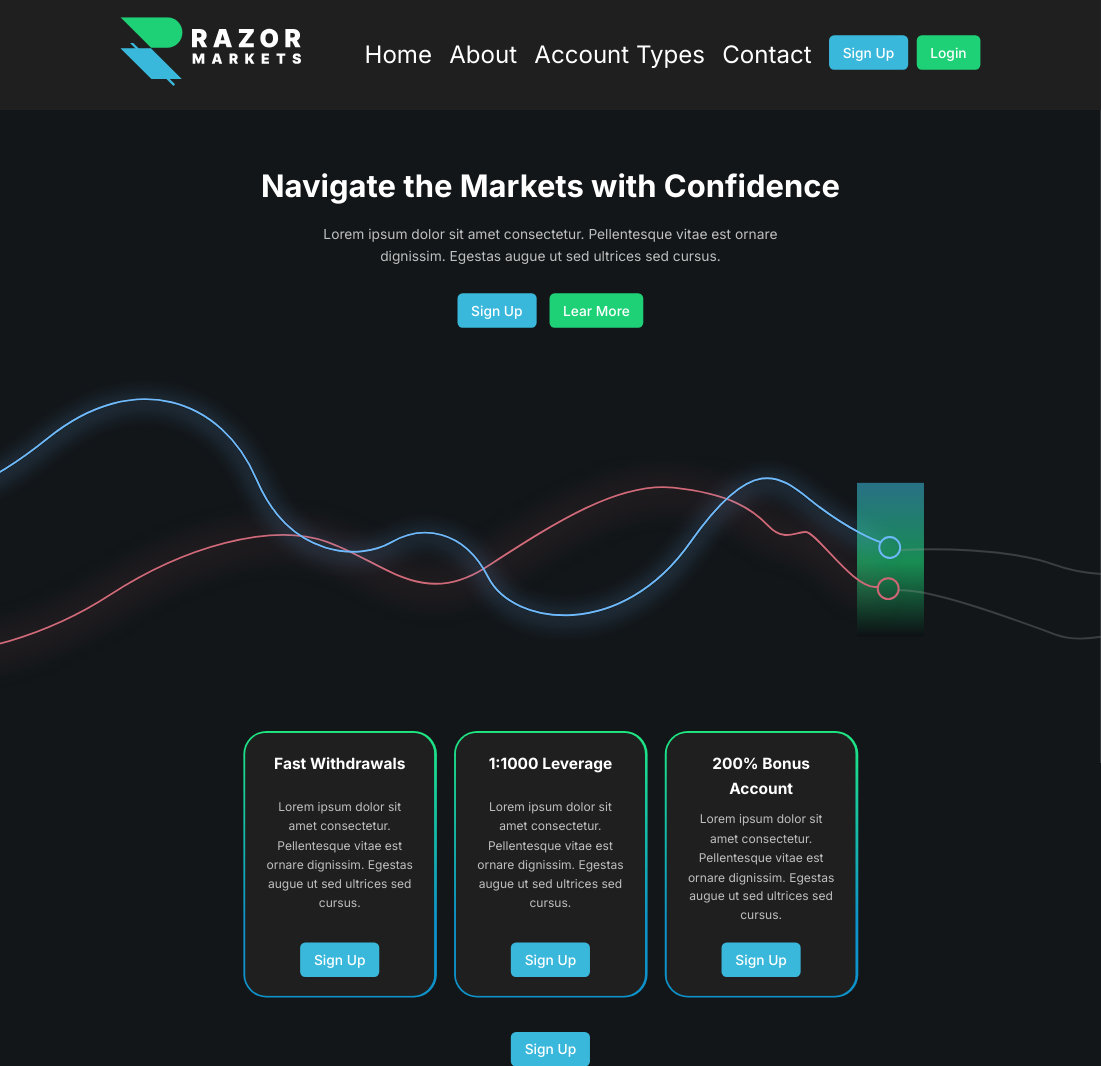
Repository: JasonMorta/razormarkets
Page: index.html
An editor plug-in stored every save of this project. The page is shown before and after the next save, followed by the edit.
The browser window is 1280 px wide. The pictures show the whole page, at 86% of full size.

Above is the page before, as saved 2024-11-07 13:09:30.

### index.html
<!DOCTYPE html>
<html lang="en">

<head>
  <meta charset="UTF-8">
  <meta name="viewport" content="width=device-width, initial-scale=1.0">
  <title>Razor Markets</title>
  <link rel="stylesheet" href="https://cdn.jsdelivr.net/npm/bulma@1.0.2/css/bulma.min.css">
  <link rel="stylesheet" href="styles/index.css">

</head>

<body>
  <header>
    <div class="header-content">
      <div class="logo">
        <img src="./assests/svg/logo.svg" alt="Razor Markets Logo"> <!-- Use your actual logo image here -->
      </div>
      <nav>
        <ul>
          <li><a href="#home">Home</a></li>
          <li><a href="#about">About</a></li>
          <li><a href="#account-types">Account Types</a></li>
          <li><a href="#contact">Contact</a></li>
        </ul>
        <div class="auth-buttons">


          <a href="#signup"> <button class="button is-info signup" class="button">Sign Up</button></a>
          <a href="#login"><button class="button is-success login">Login</button></a>
        </div>
      </nav>
    </div>
  </header>

  <main>
    <section class="hero">
      <h1>Navigate the Markets with Confidence</h1>
      <p>Lorem ipsum dolor sit amet consectetur. Pellentesque vitae est ornare dignissim. Egestas augue ut sed ultrices
        sed cursus.</p>
      <div class="cta-buttons">
        <a href="#signup"> <button class="button is-info signup" class="button">Sign Up</button></a>
          <a href="#login"><button class="button is-success login">Lear More</button></a>
      </div>
    </section>
    <div class="wave-svg">
     <img src="./assests/svg/line_wave.svg" alt="Wave SVG">
    </div>

    <section>
     <div class="features">
      <div class="card-bg">
          <div class="feature-card">
            <h3>Fast Withdrawals</h3>
            <p>Lorem ipsum dolor sit amet consectetur. Pellentesque vitae est ornare dignissim. Egestas augue ut sed
              ultrices sed cursus.</p>
              <a href="#signup"> <button class="button is-info signup" class="button">Sign Up</button></a>
          </div>
          </div>

       <div class="card-bg">
          <div class="feature-card">
            <h3>1:1000 Leverage</h3>
            <p>Lorem ipsum dolor sit amet consectetur. Pellentesque vitae est ornare dignissim. Egestas augue ut sed
              ultrices sed cursus.</p>
              <a href="#signup"> <button class="button is-success signup" class="button">Sign Up</button></a>
          </div>
       </div>
        <div class="card-bg">
          <div class="feature-card">
            <h3>200% Bonus Account</h3>
            <p>Lorem ipsum dolor sit amet consectetur. Pellentesque vitae est ornare dignissim. Egestas augue ut sed
              ultrices sed cursus.</p>
              <a href="#signup"> <button class="button is-info signup" class="button">Sign Up</button></a>
          </div>
        </div>
     </div>
    </section>

    <section>
      <div class="hero-image-container">
        <div class="text-content">
          <h1></h1>
          <a href="#signup"> <button class="button is-info signup" class="button">Sign Up</button></a>
        </div>

      </div>
    </section>

  </main>
</body>

</html>

### styles/index.css
@import "https://cdn.jsdelivr.net/npm/bulma@1.0.2/css/bulma.min.css";

@import url('https://fonts.googleapis.com/css2?family=Inter:ital,opsz,wght@0,14..32,100..900;1,14..32,100..900&display=swap');

/* Reset some basic styles */
* {
  margin: 0;
  padding: 0;
  box-sizing: border-box;
}

body {

  background-color: #121619; /* Dark background */
  color: #FFFFFF; /* Light text */
  line-height: 1.6;
}

.header-content {
  max-width: 1000px;
  display: flex;
  justify-content: space-between;
  margin: auto;
  width: 100%;
}

header {
  display: flex;
  justify-content: space-between;
  align-items: center;
  padding: 20px 40px;
  background-color: #1f1f1f; /* Header background */
}

.logo img {
  height: 80px;
}

nav {
  display: flex;
  justify-content: flex-end;
  align-items: center;
  gap: 20px;
}

nav ul {
  display: flex;
  gap: 20px;
  list-style: none;
}



nav a {
  color: #FFFFFF;
  text-decoration: none;
  font-family: "Inter", sans-serif;
  font-weight: 400;
  font-size: 28px;
}

nav li a:hover {
  color: #00d1ff; /* Light blue on hover */
}

section {
  max-width: 1440px;
  margin: auto;
  display: flex;
  flex-direction: column;
  align-items: center;

}

.auth-buttons {
  display: flex;
  gap: 10px;
}

.auth-buttons .btn {
  padding: 10px 20px;
  border-radius: 5px;
  text-decoration: none;
  font-weight: 600;
  font-size: 14px;
  width: 100px;
  height: 40px;
  text-align: center  ;
}

.signup {
  background: #3AB8DB;

  color: #FFFFFF;
}

.login {
  color: #FFFFFF;
  background: #1FD176;
}

.wave-svg img {
  width: 100%;
}

/* Hero Section */
.hero {
  text-align: center;
  padding: 60px 20px;
}

.hero h1 {
  font-size: 36px;
  font-weight: bold;
  margin-bottom: 15px;
}

.hero {
  /* border: 2px solid; */
  /* border-image-source: linear-gradient(180deg, #1EE981 0%, #0E92CA 71.61%); */
  border-image-slice: 1;
}

/*
border: 2px solid;

border-image-source: linear-gradient(180deg, #1EE981 0%, #0E92CA 71.61%);


*/

.hero p {
  font-size: 16px;
  max-width: 600px;
  margin: 0 auto 30px;
  color: #BFBFBF; /* Light gray for text */
}

.cta-buttons {
  display: flex;
  justify-content: center;
  gap: 15px;
}

.cta-buttons .btn {
  padding: 12px 25px;
  border-radius: 8px;
  text-decoration: none;
  font-weight: 600;
  font-size: 16px;
}

.primary {
  background-color: #00d1ff;
  color: #FFFFFF;
}

.secondary {
  background-color: #00FF8C;
  color: #FFFFFF;
}


/* Features Section */
.features {
  display: flex;
  justify-content: center;
  gap: 20px;
  padding: 40px 20px;
  background-color: #121619; /* Matches the dark background */
}

.card-bg {
  width: 225px;
  display: flex;
  border-radius: 27px;
  background: linear-gradient(180deg, #1EE981 0%, #0E92CA 71.61%);
  flex-direction: column;
  align-items: center;
  padding: 2px;
  justify-content: center;

}


.feature-card {
  background: #1f1f1f; /* Dark card background */
  border: 2px solid transparent;
  border-radius: 25px;
  padding: 20px;
  text-align: center;
  width: 220px;
  height: 100%;
  transition: border 0.3s ease;
  display: flex;
  flex-direction: column;
  justify-content: space-between;
}



.feature-card:hover {
  border-color: #00d1ff; /* Highlight color on hover */
}

.feature-card h3 {
  font-size: 18px;
  font-weight: bold;
  color: #FFFFFF;
  margin-bottom: 10px;
}

.feature-card p {
  font-size: 14px;
  color: #BFBFBF; /* Light gray text */
  margin-bottom: 20px;
}

.feature-card .btn {
  display: inline-block;
  padding: 10px 20px;
  border-radius: 6px;
  text-decoration: none;
  font-weight: 600;
  font-size: 14px;
  background-color: #00d1ff; /* Light blue */
  color: #FFFFFF;
  transition: background-color 0.3s ease;
}

.feature-card .btn:hover {
  background-color: #00FF8C; /* Green on hover */
}

### assests/svg/logo.svg
<svg width="236" height="90" viewBox="0 0 236 90" fill="none" xmlns="http://www.w3.org/2000/svg">
<path d="M93.5605 39.4151V15.5405H103.867C105.642 15.5405 107.189 15.8643 108.52 16.5058C109.851 17.1534 110.882 18.0767 111.619 19.2938C112.357 20.5049 112.729 21.9618 112.729 23.6526C112.729 25.3434 112.351 26.8063 111.589 27.9755C110.828 29.1446 109.773 30.032 108.406 30.6315C107.039 31.2311 105.45 31.5309 103.633 31.5309H97.4757V26.4945H102.326C103.088 26.4945 103.741 26.3986 104.281 26.2068C104.82 26.0149 105.234 25.7091 105.528 25.2894C105.822 24.8697 105.966 24.3241 105.966 23.6466C105.966 22.9691 105.822 22.4055 105.528 21.9738C105.234 21.5422 104.82 21.2244 104.281 21.0205C103.741 20.8167 103.088 20.7148 102.326 20.7148H100.042V39.4151H93.5605ZM107.548 28.4551L113.52 39.4151H106.481L100.653 28.4551H107.554H107.548Z" fill="white"/>
<path d="M128.239 39.4151H121.242L129.12 15.5405H137.982L145.86 39.4151H138.863L133.641 22.1177H133.455L128.233 39.4151H128.239ZM126.932 29.996H140.08V34.8465H126.932V29.996Z" fill="white"/>
<path d="M154.805 39.4151V35.8237L166.088 20.7627H154.853V15.5405H174.344V19.1319L163.061 34.1929H174.296V39.4151H154.805Z" fill="white"/>
<path d="M206.092 27.4779C206.092 30.1339 205.577 32.3763 204.539 34.199C203.508 36.0216 202.111 37.4006 200.354 38.3359C198.598 39.2713 196.637 39.7389 194.479 39.7389C192.32 39.7389 190.336 39.2653 188.585 38.324C186.834 37.3826 185.443 35.9977 184.412 34.175C183.381 32.3523 182.865 30.1219 182.865 27.4779C182.865 24.8338 183.381 22.5794 184.412 20.7568C185.443 18.9341 186.834 17.5551 188.585 16.6198C190.336 15.6845 192.302 15.2168 194.479 15.2168C196.655 15.2168 198.598 15.6845 200.354 16.6198C202.111 17.5551 203.508 18.9341 204.539 20.7568C205.571 22.5794 206.092 24.8218 206.092 27.4779ZM199.425 27.4779C199.425 26.0509 199.239 24.8398 198.862 23.8565C198.484 22.8732 197.932 22.1298 197.195 21.6201C196.463 21.1105 195.558 20.8587 194.485 20.8587C193.412 20.8587 192.506 21.1105 191.775 21.6201C191.043 22.1298 190.486 22.8732 190.108 23.8565C189.73 24.8398 189.544 26.0449 189.544 27.4779C189.544 28.9108 189.73 30.1159 190.108 31.0992C190.486 32.0825 191.043 32.826 191.775 33.3356C192.506 33.8452 193.412 34.097 194.485 34.097C195.558 34.097 196.457 33.8452 197.195 33.3356C197.932 32.826 198.484 32.0825 198.862 31.0992C199.239 30.1159 199.425 28.9108 199.425 27.4779Z" fill="white"/>
<path d="M215.639 39.4151V15.5405H225.945C227.72 15.5405 229.267 15.8643 230.598 16.5058C231.929 17.1534 232.96 18.0767 233.698 19.2938C234.435 20.5049 234.807 21.9618 234.807 23.6526C234.807 25.3434 234.429 26.8063 233.668 27.9755C232.906 29.1446 231.851 30.032 230.484 30.6315C229.123 31.2311 227.528 31.5309 225.711 31.5309H219.554V26.4945H224.404C225.166 26.4945 225.819 26.3986 226.359 26.2068C226.898 26.0149 227.312 25.7091 227.606 25.2894C227.9 24.8697 228.044 24.3241 228.044 23.6466C228.044 22.9691 227.9 22.4055 227.606 21.9738C227.312 21.5422 226.898 21.2244 226.359 21.0205C225.819 20.8167 225.166 20.7148 224.404 20.7148H222.12V39.4151H215.639ZM229.626 28.4551L235.598 39.4151H228.559L222.731 28.4551H229.632H229.626Z" fill="white"/>
<path d="M94.4121 47.5693H98.8789L101.955 55.0579H102.11L105.186 47.5693H109.653V60.7957H106.14V53.1513H106.038L103.094 60.6938H100.977L98.0335 53.0973H97.9315V60.7957H94.4181V47.5693H94.4121Z" fill="white"/>
<path d="M123.209 60.7957H119.336L123.701 47.5693H128.611L132.976 60.7957H129.103L126.207 51.2147H126.105L123.209 60.7957ZM122.49 55.5795H129.774V58.2655H122.49V55.5795Z" fill="white"/>
<path d="M142.658 60.7957V47.5693H148.366C149.349 47.5693 150.207 47.7492 150.944 48.103C151.682 48.4627 152.251 48.9723 152.665 49.6438C153.073 50.3153 153.276 51.1188 153.276 52.0601C153.276 53.0014 153.067 53.8048 152.647 54.4583C152.227 55.1058 151.64 55.5975 150.884 55.9332C150.129 56.263 149.247 56.4309 148.24 56.4309H144.829V53.6429H147.515C147.934 53.6429 148.294 53.589 148.594 53.487C148.894 53.3791 149.121 53.2112 149.283 52.9774C149.445 52.7436 149.523 52.4438 149.523 52.0661C149.523 51.6883 149.445 51.3766 149.283 51.1427C149.121 50.9029 148.894 50.729 148.594 50.6151C148.294 50.5012 147.934 50.4412 147.515 50.4412H146.25V60.8017H142.658V60.7957ZM150.405 54.7281L153.708 60.7957H149.805L146.579 54.7281H150.405Z" fill="white"/>
<path d="M163.217 60.7957V47.5693H166.808V52.9174H166.988L170.963 47.5693H175.148L170.681 53.457L175.25 60.7897H170.963L167.995 55.8313L166.808 57.3782V60.7897H163.217V60.7957Z" fill="white"/>
<path d="M184.627 60.7957V47.5693H194.16V50.4652H188.218V52.7376H193.668V55.6335H188.218V57.9058H194.136V60.8017H184.633L184.627 60.7957Z" fill="white"/>
<path d="M204 50.4652V47.5693H215.494V50.4652H211.519V60.7957H207.981V50.4652H204.006H204Z" fill="white"/>
<path d="M232.383 51.7064C232.347 51.2747 232.191 50.9389 231.903 50.6991C231.615 50.4593 231.183 50.3394 230.602 50.3394C230.23 50.3394 229.93 50.3813 229.696 50.4713C229.463 50.5612 229.289 50.6811 229.175 50.831C229.061 50.9809 229.007 51.1548 229.001 51.3466C228.995 51.5085 229.019 51.6464 229.091 51.7783C229.163 51.9102 229.265 52.0182 229.409 52.1201C229.553 52.222 229.744 52.3119 229.972 52.3959C230.2 52.4798 230.47 52.5518 230.788 52.6177L231.873 52.8515C232.604 53.0074 233.234 53.2113 233.75 53.4631C234.271 53.7149 234.697 54.0147 235.027 54.3565C235.356 54.6982 235.602 55.0819 235.758 55.5076C235.914 55.9333 235.998 56.401 235.998 56.9046C235.998 57.774 235.776 58.5114 235.344 59.111C234.913 59.7105 234.301 60.1722 233.504 60.484C232.706 60.7958 231.747 60.9576 230.626 60.9576C229.505 60.9576 228.473 60.7898 227.622 60.448C226.765 60.1063 226.105 59.5846 225.631 58.8772C225.158 58.1697 224.924 57.2643 224.918 56.1551H228.329C228.353 56.5628 228.455 56.8986 228.635 57.1744C228.815 57.4502 229.073 57.66 229.403 57.7979C229.732 57.9418 230.122 58.0138 230.578 58.0138C230.962 58.0138 231.279 57.9658 231.543 57.8699C231.801 57.774 231.999 57.6421 232.131 57.4742C232.263 57.3063 232.335 57.1144 232.335 56.8986C232.335 56.6947 232.263 56.5209 232.137 56.365C232.011 56.2091 231.801 56.0772 231.513 55.9513C231.225 55.8314 230.836 55.7115 230.344 55.6035L229.025 55.3217C227.856 55.0699 226.932 54.6442 226.261 54.0447C225.589 53.4451 225.254 52.6357 225.26 51.5985C225.26 50.7591 225.482 50.0216 225.931 49.3921C226.381 48.7625 227.016 48.2709 227.826 47.9171C228.635 47.5634 229.559 47.3895 230.608 47.3895C231.657 47.3895 232.598 47.5694 233.378 47.9231C234.157 48.2829 234.757 48.7805 235.182 49.428C235.608 50.0756 235.818 50.831 235.824 51.7004H232.389L232.383 51.7064Z" fill="white"/>
<path d="M69.772 87.866L69.3523 88.2917L36.1425 55.4176L35.8727 55.1478L35.5369 54.8181L35.2731 54.5543L16.0392 35.5181L15.4336 34.9186H16.285L16.8905 35.5181L35.2731 53.7149L35.8727 54.3084L36.3883 54.8181L36.9939 55.4176L69.772 87.866Z" fill="#3AB9DC"/>
<path d="M69.3641 89.9885L12.5195 33.7195H16.7764L71.4686 87.854L69.3641 89.9885Z" fill="#3AB9DC"/>
<path d="M80.2575 80.6893H40.5185L0 40.5845V40.4706H19.9355H39.8709L40.5724 41.1721L41.172 41.7656L80.2575 80.6893Z" fill="#3AB8DB"/>
<path d="M81.0431 19.9355C81.0431 30.9315 72.0976 39.8709 61.1077 39.8709H40.117L0.078125 0H61.1077C72.0976 0 81.0431 8.94548 81.0431 19.9355Z" fill="#1FD176"/>
</svg>

### assests/svg/line_wave.svg
<svg width="1440" height="406" viewBox="0 0 1440 406" fill="none" xmlns="http://www.w3.org/2000/svg">
<rect opacity="0.56" x="1121.12" y="135.471" width="87.5769" height="201.029" fill="url(#paint0_linear_168_234)"/>
<circle cx="1163.91" cy="220.063" r="13.6779" stroke="#6FBAFC" stroke-width="2.5"/>
<circle cx="1161.92" cy="273.803" r="13.6779" stroke="#D06776" stroke-width="2.5"/>
<path d="M1177.01 223.5C1218.14 221.178 1319.36 220.532 1379.87 242.824C1440.37 265.117 1523.17 252.113 1557.01 242.824" stroke="#9C9C9C" stroke-opacity="0.3" stroke-width="2.5"/>
<path d="M1175.51 276C1216.64 273.678 1319.36 311.222 1379.87 333.514C1440.37 355.807 1523.17 305.853 1557.01 296.565" stroke="#9C9C9C" stroke-opacity="0.3" stroke-width="2.5"/>
<g filter="url(#filter0_d_168_234)">
<path d="M-50.9902 356C-47.0494 356 47.5295 344.723 144.079 281.894C240.628 219.064 354.911 186.844 427.816 212.62C500.72 238.396 551.951 299.615 634.707 246.451C717.464 193.288 806.131 133.681 881.006 141.736C955.881 149.791 985.437 170.734 1005.14 191.677C1024.85 212.62 1040.61 199.732 1054.4 199.732C1068.19 199.732 1117.95 276.333 1147.51 271.5" stroke="#D06978" stroke-width="2.5"/>
</g>
<g filter="url(#filter1_d_168_234)">
<path d="M-97 151.313C-81.2901 156.829 -27.33 149.658 62.8311 76.8383C175.533 -14.1858 290.283 25.1201 335.364 130.625C380.444 236.131 472.655 236.131 511.588 213.375C550.521 190.619 605.847 194.756 638.633 258.887C671.419 323.017 812.808 341.636 902.969 213.375C993.13 85.1134 1025.92 132.694 1073.05 167.863C1110.75 195.997 1142.03 209.927 1152.96 213.375" stroke="#6FBAFC" stroke-width="2.5"/>
</g>
<defs>
<filter id="filter0_d_168_234" x="-94.9902" y="99.75" width="1286.7" height="305.5" filterUnits="userSpaceOnUse" color-interpolation-filters="sRGB">
<feFlood flood-opacity="0" result="BackgroundImageFix"/>
<feColorMatrix in="SourceAlpha" type="matrix" values="0 0 0 0 0 0 0 0 0 0 0 0 0 0 0 0 0 0 127 0" result="hardAlpha"/>
<feOffset dy="4"/>
<feGaussianBlur stdDeviation="22"/>
<feComposite in2="hardAlpha" operator="out"/>
<feColorMatrix type="matrix" values="0 0 0 0 0.815686 0 0 0 0 0.403922 0 0 0 0 0.462745 0 0 0 1 0"/>
<feBlend mode="normal" in2="BackgroundImageFix" result="effect1_dropShadow_168_234"/>
<feBlend mode="normal" in="SourceGraphic" in2="effect1_dropShadow_168_234" result="shape"/>
</filter>
<filter id="filter1_d_168_234" x="-125.414" y="0.74939" width="1306.75" height="341.135" filterUnits="userSpaceOnUse" color-interpolation-filters="sRGB">
<feFlood flood-opacity="0" result="BackgroundImageFix"/>
<feColorMatrix in="SourceAlpha" type="matrix" values="0 0 0 0 0 0 0 0 0 0 0 0 0 0 0 0 0 0 127 0" result="hardAlpha"/>
<feOffset dy="4"/>
<feGaussianBlur stdDeviation="14"/>
<feComposite in2="hardAlpha" operator="out"/>
<feColorMatrix type="matrix" values="0 0 0 0 0.435294 0 0 0 0 0.729412 0 0 0 0 0.988235 0 0 0 1 0"/>
<feBlend mode="normal" in2="BackgroundImageFix" result="effect1_dropShadow_168_234"/>
<feBlend mode="normal" in="SourceGraphic" in2="effect1_dropShadow_168_234" result="shape"/>
</filter>
<linearGradient id="paint0_linear_168_234" x1="1164.9" y1="135.471" x2="1164.9" y2="336.5" gradientUnits="userSpaceOnUse">
<stop stop-color="#3AB8DB"/>
<stop offset="0.516" stop-color="#1EE981"/>
<stop offset="1" stop-color="#0A0C10"/>
</linearGradient>
</defs>
</svg>

After the next save:
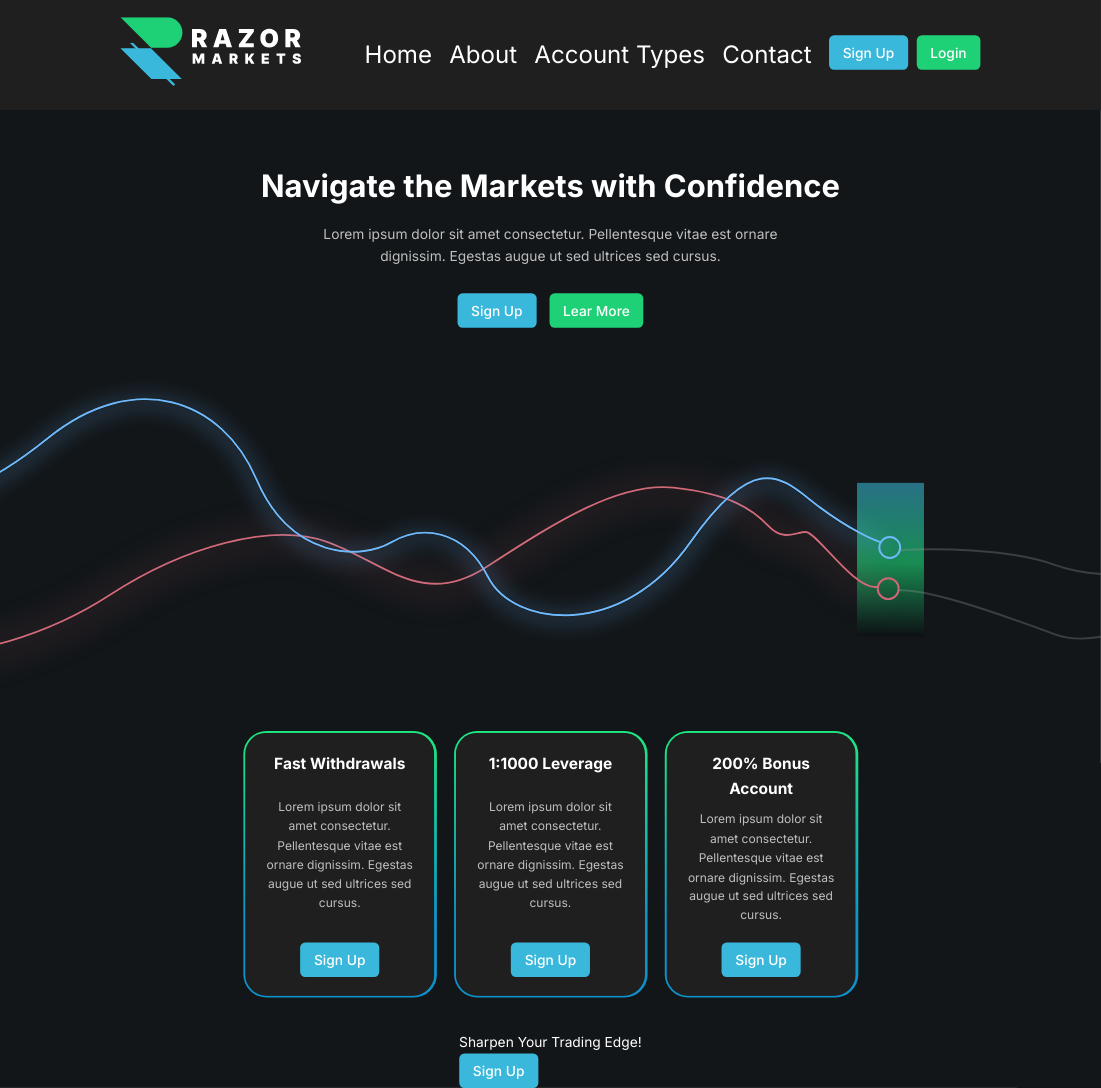
Saved 10 s later.
--- a/index.html
+++ b/index.html
@@ -80,7 +80,7 @@
     <section>
       <div class="hero-image-container">
         <div class="text-content">
-          <h1></h1>
+          <h1>Sharpen Your Trading Edge!</h1>
           <a href="#signup"> <button class="button is-info signup" class="button">Sign Up</button></a>
         </div>
 
